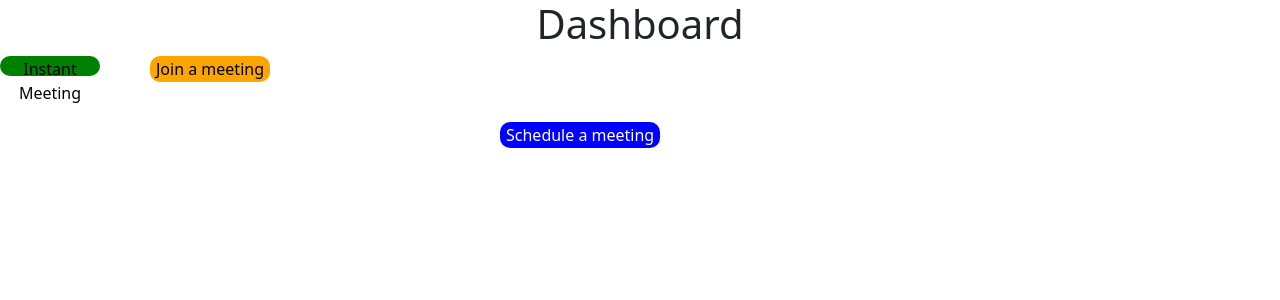
Repository: sreech465/myexam
Page: /
The author's editor kept a copy of each file at every save. The page is drawn from the files as they stood at one save, then again after the next save.
The browser window is 1280 px wide. The pictures show the whole page.
The project was rebuilt for these pictures with package versions that can differ from the ones it lists, and the page was loaded fresh each time. Also part of the build but not shown: src/Jmeet.js, src/Smeet.js, src/Joinmeet.js.

Above is the page before, as saved 2023-01-14 17:29:57.

After the next save:
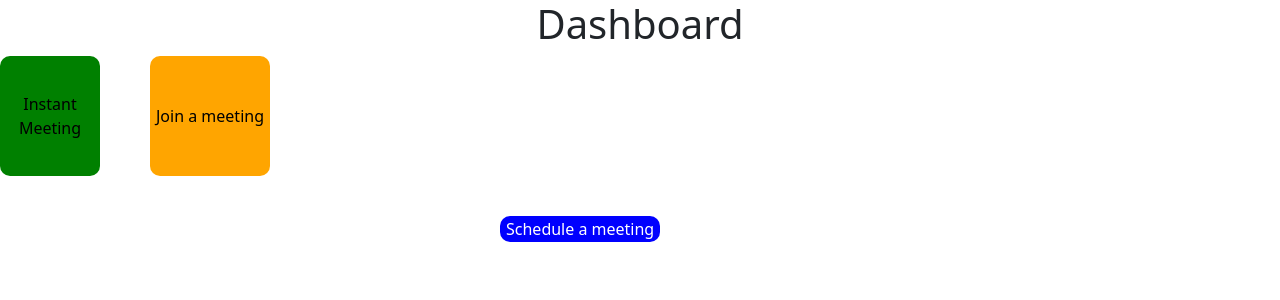
Saved 7 s later.
--- a/src/Details.js
+++ b/src/Details.js
@@ -24,7 +24,7 @@ const Details = () => {
             border: "none",
             borderRadius: 10,
             width: 100,
-            height: 20,
+            height: 120,
           }}
         >
           Instant Meeting
